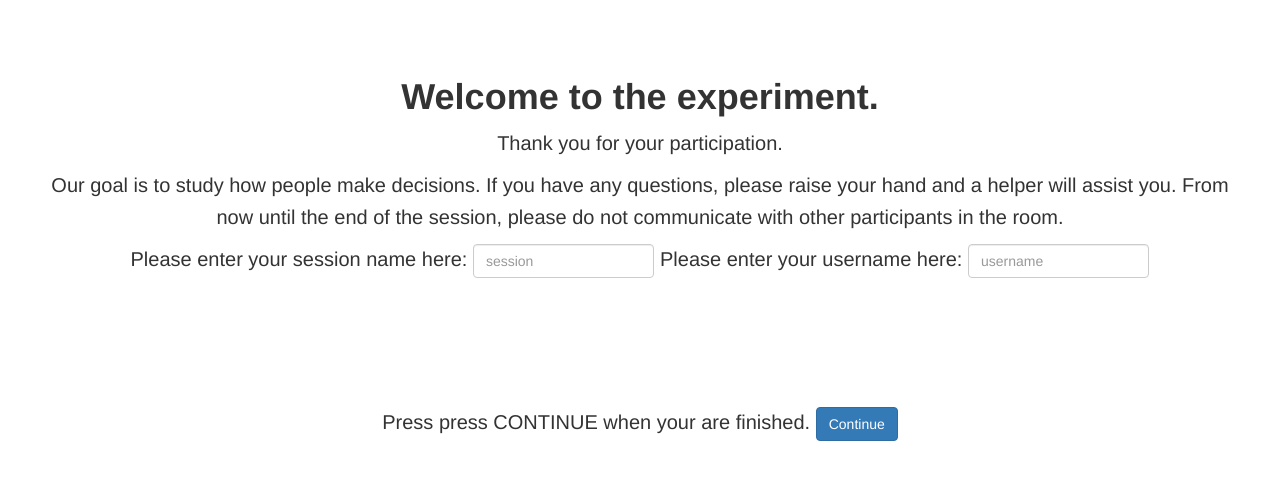
Repository: zmikaya/behavecon
Page: templates/group/Category3Dams.html
The author's editor kept a record of every edit. The page is drawn from the files as they stood at one moment, then again after the next edit.
The browser window is 1280 px wide. The pictures show the whole page.
The template is drawn by Django 2.2. The application's start-up code is not run. The template is opened directly, without the code that normally fills it, so the values that code supplies are empty.

Above is the page before.
Console error: TypeError: Cannot read properties of null (reading 'getAttribute')

After the next edit:
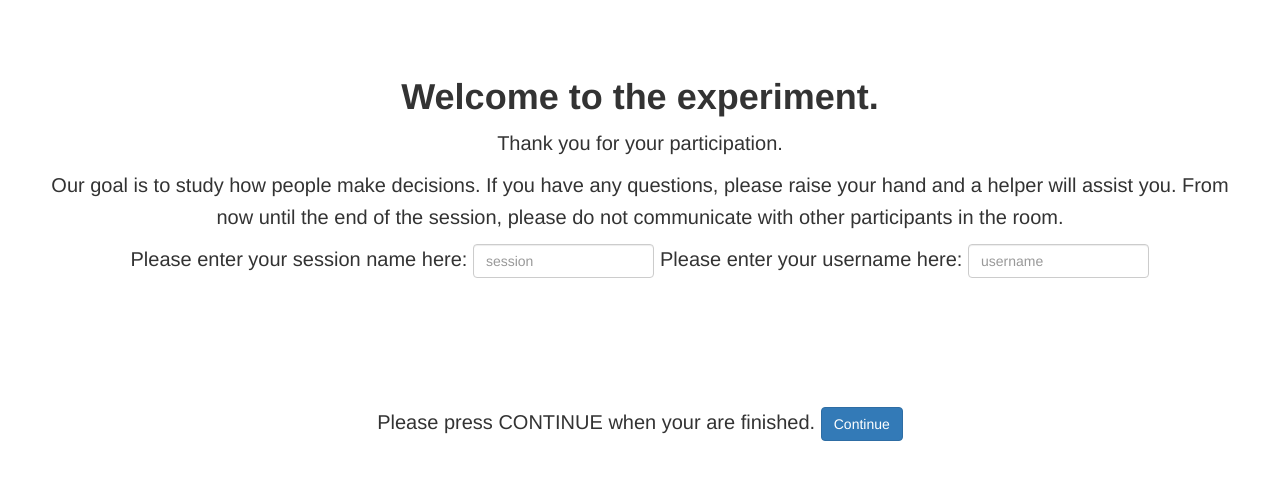
The edit:
--- a/templates/group/Category3Dams.html
+++ b/templates/group/Category3Dams.html
@@ -33,7 +33,7 @@
                                 <input name="username" type="text" class="form-control inline enterinfo" placeholder="username">
                             </div>
                             <div>
-                                <p class="inline continue">Press press CONTINUE when your are finished.</p>
+                                <p class="inline continue">Please press CONTINUE when your are finished.</p>
                                 <!--<button type="button" class="btn btn-primary next" onclick="ajaxGetPage('p1')">Continue</button>-->
                                 <button class="btn btn-primary next" type="submit">Continue</button>
                             </div>
